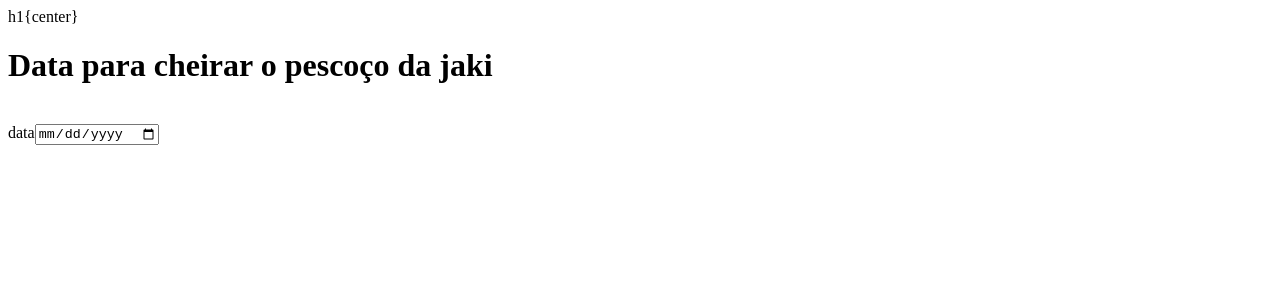
Repository: Danieloliver11/S.O.S-HUMANIDADE-BACK-END
Page: ACSocioambiental/eventoapp/src/main/resources/templates/index.html
These files come from the project's save history. The page is drawn as it stood at one moment and after the next save; the edit follows.
The browser window is 1280 px wide. The pictures show the whole page.

Above is the page before, as saved 2021-04-01 21:51:50.

After the next save:
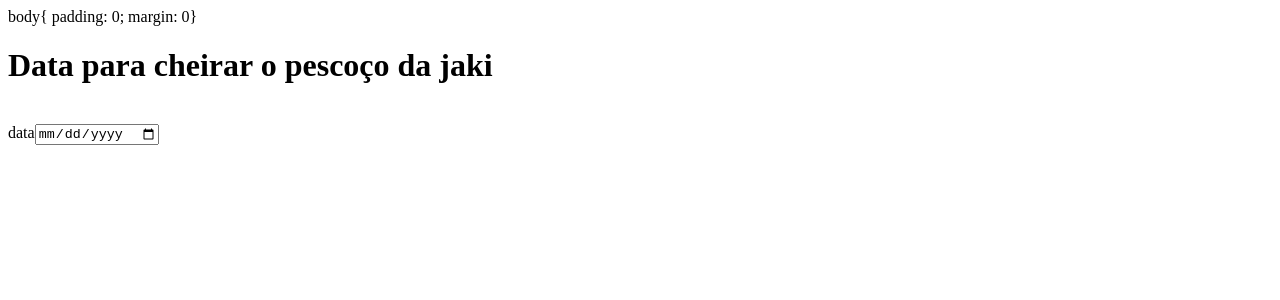
Saved 2 min 38 s later.
--- a/ACSocioambiental/eventoapp/src/main/resources/templates/index.html
+++ b/ACSocioambiental/eventoapp/src/main/resources/templates/index.html
@@ -1,7 +1,9 @@
 <html>
-<header>
-	h1{center}
-</header>
+<head>
+	body{
+	padding: 0;
+	margin: 0}
+</head>
 <body>
 <h1>Data para cheirar o pescoço da jaki </h1>
 <form method="post">
